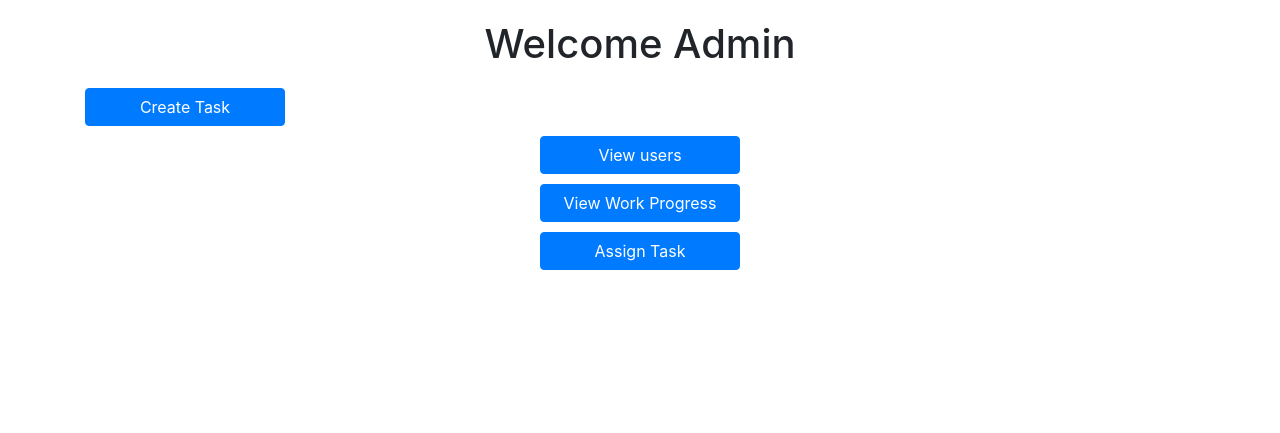
Repository: neha-rouniyar/taskmgmt
Page: http://localhost/admin-dashboard
The author's editor kept a copy of each file at every save. The page is drawn from the files as they stood at one save, then again after the next save.
The browser window is 1280 px wide. The pictures show the whole page.
Some web libraries are served in a nearby version. The page is served by the project's Laravel application, run on PHP 8.4 with Laravel 10. Other server files are loaded and not shown.

Above is the page before, as saved 2023-12-16 11:55:38.

### routes/web.php
<?php

use App\Http\Controllers\AdminController;
use App\Http\Controllers\AssignTaskController;
use Illuminate\Support\Facades\Route;
use App\Http\Controllers\LoginController;
use App\Models\AssignTask;

/*
|--------------------------------------------------------------------------
| Web Routes
|--------------------------------------------------------------------------
|
| Here is where you can register web routes for your application. These
| routes are loaded by the RouteServiceProvider and all of them will
| be assigned to the "web" middleware group. Make something great!
|
*/

Route::get('/', function () {
    return view('welcome');
});
Route::get('/login-form',[LoginController::class,'index'])->name('login.form');
Route::post('/login-form-submit',[LoginController::class,'loginFormSubmit'])->name('login.form.submit');




Route::get('/register-form',[LoginController::class,'index2'])->name('register.form');
Route::post('/register-form-submit',[LoginController::class,'registerFormSubmit'])->name('register.form.submit');


//user dashboard
Route::get('/user-dashboard',[LoginController::class,'userDashboard'])->name('user.dashboard');
Route::get('/admin-dashboard',[LoginController::class,'adminDashboard'])->name('admin.dashboard');


//admin
Route::get('/admin/view-users',[AdminController::class,'viewUsers'])->name('admin.view.users');
Route::get('/admin/create-task',[AdminController::class,'createTask'])->name('admin.create.task');
Route::get('/admin/view-work-progress',[AdminController::class,'viewWorkProgress'])->name('admin.view.workprogress');

//admin-task
Route::post('/admin/task-submit',[AdminController::class,'taskSubmit'])->name('admin.task.submit');
Route::get('/admin/edit-task/{id}',[AdminController::class,'taskEdit'])->name('task.edit');
Route::post('/admin/update-task/{id}',[AdminController::class,'taskUpdate'])->name('task.update');
Route::get('/admin/delete-task/{id}',[AdminController::class,'taskDelete'])->name('task.delete');
Route::get('/admin/task-assign',[AdminController::class,'taskAssign'])->name('admin.task.assign');
Route::post('/admin/task-assign-submit',[AdminController::class,'taskAssignSubmit'])->name('admin.task.assign.submit');




//user-task
Route::get('/user-view-assgned-task',[AssignTaskController::class,'viewTaskAssigned'])->name('user.view.assigned.task');
Route::get('/verify-email/{token}',[AdminController::class,'verifyEmail'])->name('verify.email');


Route::get('/user/accept-task/{id}',[AssignTaskController::class,'acceptTask'])->name('accept.task');
Route::get('/user/reject-task/{id}',[AssignTaskController::class,'rejectTask'])->name('reject.task');
Route::get('/user/task-complete/{id}',[AssignTaskController::class,'completeTask'])->name('task.complete');

### app/Http/Controllers/LoginController.php
<?php

namespace App\Http\Controllers;

use App\Mail\EmailView;
use App\Models\AssignTask;
use App\Models\EmailVerification;
use App\Models\Login;
use App\Models\User;
use Carbon\Carbon;
use Illuminate\Http\Request;
use Illuminate\Support\Facades\Auth;
use Illuminate\Support\Facades\Hash;
use Illuminate\Support\Facades\Mail;
use Psy\CodeCleaner\ReturnTypePass;

use function Ramsey\Uuid\v1;

class LoginController extends Controller
{
    public function index()
    {
        return view('loginform');
    }
    public function index2()
    {
        return view('registerform');
    }
    public function registerFormSubmit(Request $request)
    {
        $data=$request->validate([
            'email'=>'required',
            'username'=>'required',
            'password'=>'required'

        ]);
        $datas=new User();
        $datas->email=$data['email'];
        $datas->password=Hash::make($request->password);
        $datas->username=$data['username'];
        $datas->usertype='regular';
        $token=rand();
        $userEmail=$datas->email;
        // dd($userEmail);
        $datas->token=$token;
        Mail::to($userEmail)->send(new EmailView($token));
        $datas->save();

        $emailVerification=new EmailVerification();

        $emailVerification->user_id=$datas->id;
        $emailVerification->token =$token;
            $current = Carbon::now();
            $tokenExpiry = $current->addHours(24);
            $emailVerification->expiry_at=$tokenExpiry;
            $emailVerification->save();
        return back()->with('msg','User Registered Successfully. We have sent you an email');
    }
    public function loginFormSubmit(Request $request)
    {
        $credentials = $request->only('email', 'password');
        if (Auth::attempt($credentials)) {

            if(Auth::user()->usertype == 'admin')
            {
                return redirect()->route('admin.dashboard');
            }elseif(Auth::user()->usertype == 'regular')
            {
                if(Auth::user()->status == 1){
                    return redirect()->route('user.dashboard');
                }elseif(Auth::user()->status != 1){
                    return redirect()->route('login.form')->with('status','You have not been verified. Please check your email to verify yourself ');
                }
             }
        }else{
            return redirect()->route('login.form')->with('fail', 'Invalid Email or Password.');
        }
        return redirect()->route('register.form')->with('message', 'Please register to access.');
    }
   public function userDashboard(Request $request)
   {
      $user=Auth::user();
      $userId=$user->id;
      $userDetails=User::with('assignedTasks.task')->find($userId);
    //   $user->assignedTasks;
      $assignedTask=$user->assignedTasks;
    //   dd($assignedTask);
    //   dd($assignedTask);
    //   dd($assignedTask);
    //   $assignedTask=$user->assignTask->assignedTask;
    //   dd($assignedTask);
    //   $assignedTask=User::with('assignedTasks')->where('user_id',$userId)->get();
    //   dd($assignedTask);
    //   dd($user->id);
      return view('user.dashboard',compact('user','assignedTask'));
   }
   public function adminDashboard(Request $request)
   {
      return view('admin.dashboard');
   }
}

### resources/views/admin/dashboard.blade.php
<!doctype html>
<html lang="en">
  <head>
    <!-- Required meta tags -->
    <meta charset="utf-8">
    <meta name="viewport" content="width=device-width, initial-scale=1, shrink-to-fit=no">

    <!-- Bootstrap CSS -->
    <link rel="stylesheet" href="https://cdn.jsdelivr.net/npm/bootstrap@4.0.0/dist/css/bootstrap.min.css" integrity="sha384-Gn5384xqQ1aoWXA+058RXPxPg6fy4IWvTNh0E263XmFcJlSAwiGgFAW/dAiS6JXm" crossorigin="anonymous">
    <style>
      body {
          padding: 20px;
      }

      h1 {
          margin-bottom: 20px;
      }

      .btn-container {
          display: flex;
          flex-direction: column;
          gap: 10px;
      }

      .btn-container a {
          text-decoration: none;
      }

      .btn {
          width: 200px;
      }
  </style>
    <title>Hello, world!</title>
  </head>
  <body>
    <div class="container text-center">
        <h1>Welcome Admin</h1>
        <div class="btn-container">

                <button type="button" class="btn btn-primary" data-toggle="modal" data-target="#exampleModal">Create Task</button>
            <a href="{{route('admin.view.users')}}">
                <button type="button" class="btn btn-primary">View users</button>
            </a>
            <a href="{{route('admin.view.workprogress')}}">
                <button type="button" class="btn btn-primary">View Work Progress</button>
            </a>
            <a href="{{route('admin.task.assign')}}">
                <button type="button" class="btn btn-primary">Assign Task</button>
            </a>
        </div>
    </div>
    <form action="{{route('admin.create.task')}}" method="POST">
        @csrf
    <div class="modal fade" id="exampleModal" tabindex="-1" role="dialog" aria-labelledby="exampleModalLabel" aria-hidden="true">
        <div class="modal-dialog" role="document">
          <div class="modal-content">
            <div class="modal-header">
              <h5 class="modal-title" id="exampleModalLabel">Modal title</h5>
              <button type="button" class="close" data-dismiss="modal" aria-label="Close">
                <span aria-hidden="true">&times;</span>
              </button>
            </div>
            <div class="modal-body">
              ...
            </div>
            <div class="modal-footer">
              <button type="button" class="btn btn-secondary" data-dismiss="modal">Close</button>
              <button type="button" class="btn btn-primary">Save changes</button>
            </div>
          </div>
        </div>
      </div>
    </form>
    @yield('admin-content')
    <script src="https://code.jquery.com/jquery-3.2.1.slim.min.js" integrity="sha384-KJ3o2DKtIkvYIK3UENzmM7KCkRr/rE9/Qpg6aAZGJwFDMVNA/GpGFF93hXpG5KkN" crossorigin="anonymous"></script>
    <script src="https://cdn.jsdelivr.net/npm/popper.js@1.12.9/dist/umd/popper.min.js" integrity="sha384-ApNbgh9B+Y1QKtv3Rn7W3mgPxhU9K/ScQsAP7hUibX39j7fakFPskvXusvfa0b4Q" crossorigin="anonymous"></script>
    <script src="https://cdn.jsdelivr.net/npm/bootstrap@4.0.0/dist/js/bootstrap.min.js" integrity="sha384-JZR6Spejh4U02d8jOt6vLEHfe/JQGiRRSQQxSfFWpi1MquVdAyjUar5+76PVCmYl" crossorigin="anonymous"></script>
</body>
</html>

Loaded but not shown: app/Http/Controllers/Controller.php (common file)

After the next save:
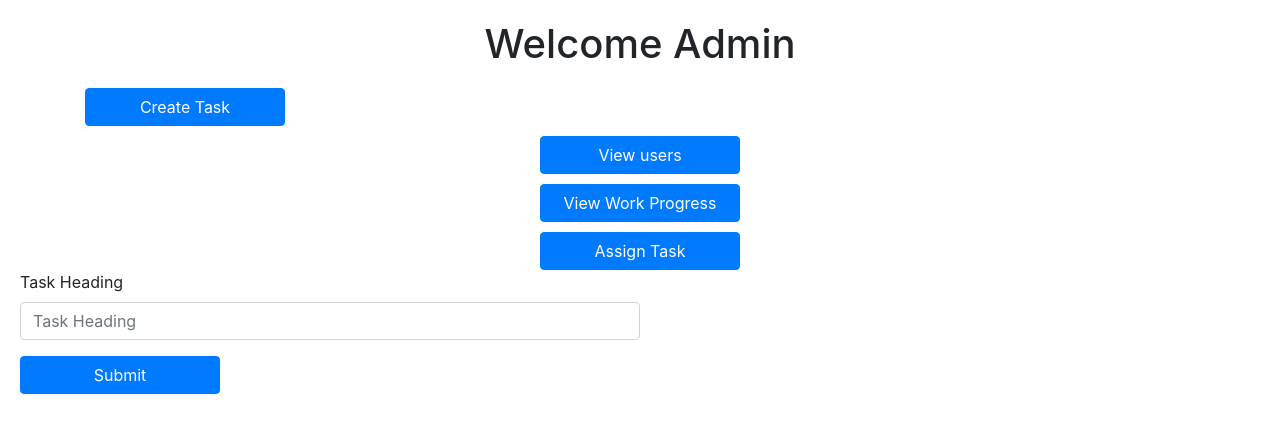
Saved 11 s later.
--- a/resources/views/admin/dashboard.blade.php
+++ b/resources/views/admin/dashboard.blade.php
@@ -70,6 +70,14 @@
           </div>
         </div>
       </div>
+      <form action="{{route('admin.task.submit')}}" method="POST">
+        @csrf
+          <div class="form-group">
+            <label for="exampleInputEmail1">Task Heading</label>
+            <input style="width: 50%" type="text" name="heading" class="form-control" id="exampleInputEmail1" aria-describedby="emailHelp" placeholder="Task Heading" required>
+          </div>
+          <button type="submit" class="btn btn-primary">Submit</button>
+        </form>
     </form>
     @yield('admin-content')
     <script src="https://code.jquery.com/jquery-3.2.1.slim.min.js" integrity="sha384-KJ3o2DKtIkvYIK3UENzmM7KCkRr/rE9/Qpg6aAZGJwFDMVNA/GpGFF93hXpG5KkN" crossorigin="anonymous"></script>
